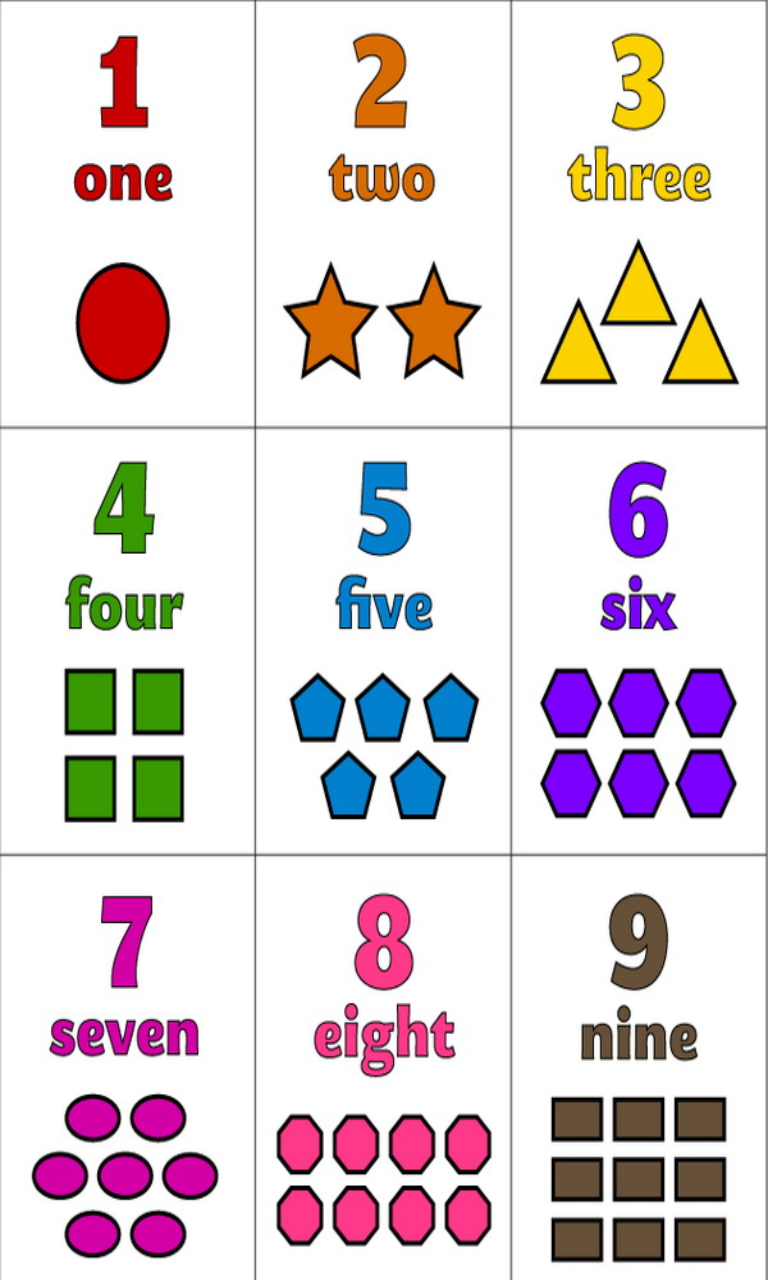
Repository: odil-akhmedov/FlashCardsAndroid
Layout: FlashCardsAOK/res/layout/activity_main.xml
These files come from the project's save history. The layout is drawn as it stood at one moment and after the next save; the edit follows.
It is drawn on a 768 x 1280 px phone screen (xhdpi) without system bars, with theme AppTheme; the app's code is not run. Lists and similar views that code fills are empty.

Above is the layout before, as saved 2014-06-30 20:14:34.

### FlashCardsAOK/res/layout/activity_main.xml
<LinearLayout xmlns:android="http://schemas.android.com/apk/res/android"
    xmlns:tools="http://schemas.android.com/tools"
    android:id="@+id/container"
    android:layout_width="match_parent"
    android:layout_height="match_parent"
    android:background="@drawable/main_bg"
    android:orientation="vertical"
    tools:context="com.wsu.flashcardsaok.MainActivity"
    tools:ignore="MergeRootFrame" >

    <!-- android:background="@drawable/main_bg" -->

    <RelativeLayout
        android:background="#00ffffff"
        android:layout_width="wrap_content"
        android:layout_height="wrap_content"
        android:layout_margin="100dp" >

        <ListView
            android:id="@+id/menuList"
            android:layout_width="match_parent"
            android:layout_height="match_parent"
            android:layout_alignParentLeft="true"
            android:layout_alignParentTop="true"
            android:textSize="26pt"
            android:textStyle="bold" >
        </ListView>
    </RelativeLayout>

</LinearLayout>

Loaded but not shown: FlashCardsAOK/res/values/styles.xml (common file); FlashCardsAOK/res/values-v11/styles.xml (common file); FlashCardsAOK/res/values-v14/styles.xml (common file)

After the next save:
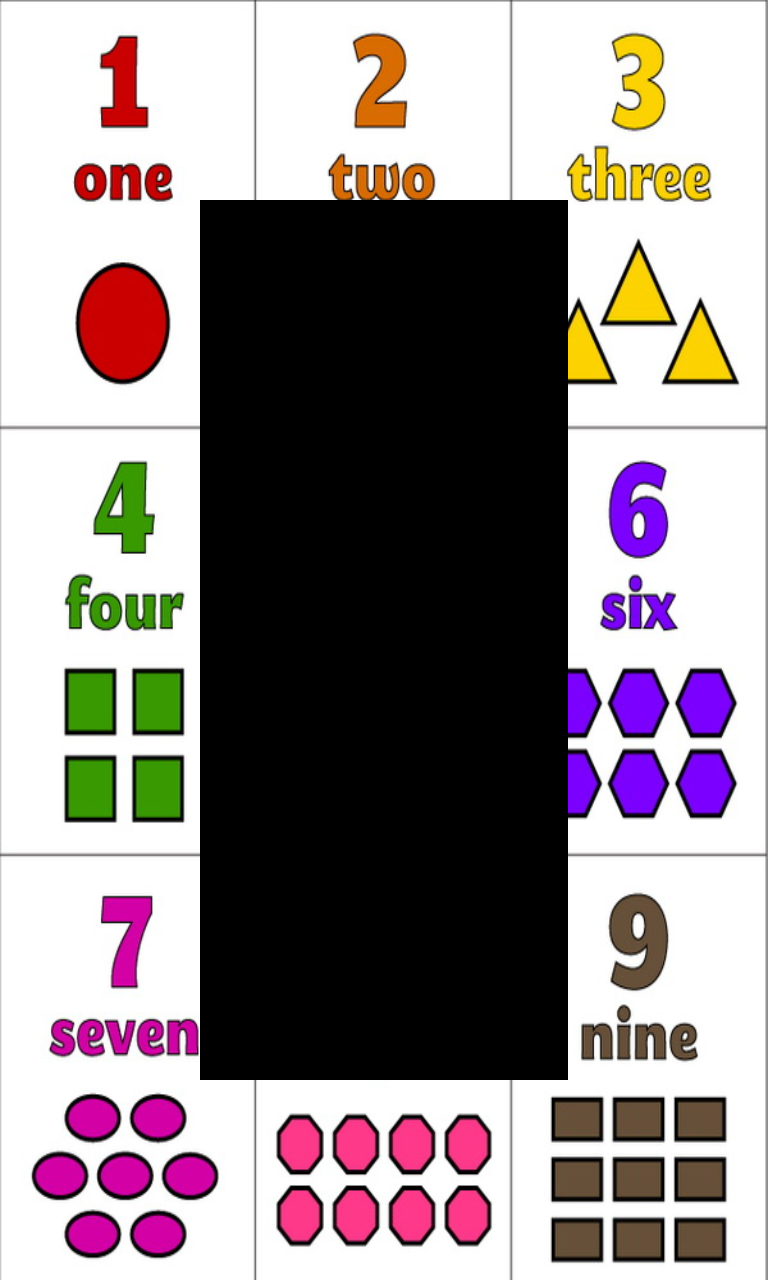
Saved 11 s later.
--- a/FlashCardsAOK/res/layout/activity_main.xml
+++ b/FlashCardsAOK/res/layout/activity_main.xml
@@ -11,7 +11,7 @@
     <!-- android:background="@drawable/main_bg" -->
 
     <RelativeLayout
-        android:background="#00ffffff"
+        android:background="#000"
         android:layout_width="wrap_content"
         android:layout_height="wrap_content"
         android:layout_margin="100dp" >
